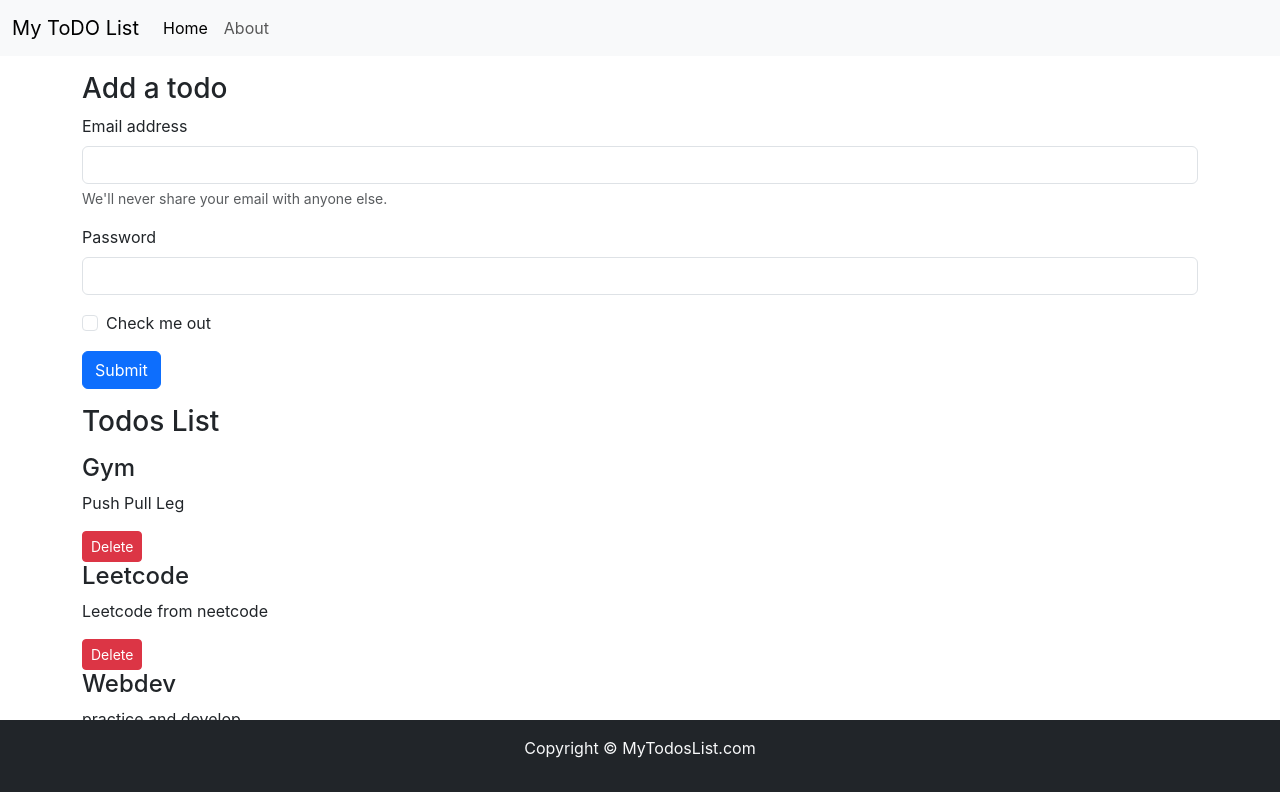
Repository: AshwinUgale/ToDoList
Page: /
The author's editor kept a copy of each file at every save. The page is drawn from the files as they stood at one save, then again after the next save.
The browser window is 1280 px wide. The pictures show the whole page.
The project was rebuilt for these pictures with package versions that can differ from the ones it lists, and the page was loaded fresh each time. Also part of the build but not shown: src/App.css.

Above is the page before, as saved 2024-12-21 17:03:40.

### public/index.html
<!DOCTYPE html>
<html lang="en">
  <head>
    <meta charset="utf-8" />
    <link rel="icon" href="%PUBLIC_URL%/favicon.ico" />
    <meta name="viewport" content="width=device-width, initial-scale=1" />
    <meta name="theme-color" content="#000000" />
    <meta
      name="description"
      content="Web site created using create-react-app"
    />
    <link rel="apple-touch-icon" href="%PUBLIC_URL%/logo192.png" />

    <link rel="manifest" href="%PUBLIC_URL%/manifest.json" />
    <link href="https://cdn.jsdelivr.net/npm/bootstrap@5.3.3/dist/css/bootstrap.min.css" rel="stylesheet" integrity="sha384-QWTKZyjpPEjISv5WaRU9OFeRpok6YctnYmDr5pNlyT2bRjXh0JMhjY6hW+ALEwIH" crossorigin="anonymous">
    <title>Todos List</title>
  </head>
  <body>
    <noscript>You need to enable JavaScript to run this app.</noscript>
    <div id="root"></div>


  </body>
  <script src="https://cdn.jsdelivr.net/npm/bootstrap@5.3.3/dist/js/bootstrap.bundle.min.js" integrity="sha384-YvpcrYf0tY3lHB60NNkmXc5s9fDVZLESaAA55NDzOxhy9GkcIdslK1eN7N6jIeHz" crossorigin="anonymous"></script>
</html>

### src/App.js

import './App.css';
import Header from './MyComponents/Header';
import {Footer} from "./MyComponents/Footer";
import {Todos} from "./MyComponents/Todos";
import React, {useState} from 'react';
import { AddTodo } from "./MyComponents/AddTodo";

function App() {
  const onDelete = (todo)=>{
    console.log("Delete",todo)
    setTodos(todos.filter((e)=>{
        return e!==todo;
    }))
  }

  const [todos,setTodos]=useState([
    {
      sno: 1,
      title: "Gym",
      desc: "Push Pull Leg"
    },
    {
      sno: 2,
      title: "Leetcode",
      desc: "Leetcode from neetcode"
    },
    {
      sno: 3,
      title: "Webdev",
      desc: "practice and develop "
    },
  ])
  return (
    <>
    <Header title="My ToDO List" searchBar={false}/>
    <AddTodo/>
    <Todos todos={todos} onDelete={onDelete}/>
    <Footer/>
    </>
  );
}

export default App;

### src/MyComponents/Header.js
import React from 'react';
import PropTypes from 'prop-types';
export default function Header({ title = "Your Title Here", searchBar = true }) {
    console.log("Props received in Header:", {title,searchBar});
  return (
    <nav className="navbar navbar-expand-lg bg-body-tertiary">
      <div className="container-fluid">
        <a className="navbar-brand" href="#">{title}</a>
        <button
          className="navbar-toggler"
          type="button"
          data-bs-toggle="collapse"
          data-bs-target="#navbarSupportedContent"
          aria-controls="navbarSupportedContent"
          aria-expanded="false"
          aria-label="Toggle navigation"
        >
          <span className="navbar-toggler-icon"></span>
        </button>
        <div className="collapse navbar-collapse" id="navbarSupportedContent">
          <ul className="navbar-nav me-auto mb-2 mb-lg-0">
            <li className="nav-item">
              <a className="nav-link active" aria-current="page" href="#">Home</a>
            </li>
            <li className="nav-item">
              <a className="nav-link" href="#">About</a>
            </li>

          </ul>
          {searchBar?<form className="d-flex" role="search">
            <input
              className="form-control me-2"
              type="search"
              placeholder="Search"
              aria-label="Search"
            />
            <button className="btn btn-outline-success" type="submit">
              Search
            </button>
          </form>:""}
        </div>
      </div>
    </nav>
  )
}

Header.defaultProps ={
    title: "Your Title Here",
    searchBar: true
}

Header.propTypes = {
    title: PropTypes.string,
    searchBar: PropTypes.bool,
  };

### src/MyComponents/Footer.js
import React from 'react'

export const Footer = () => {
  let footerStyle = {
    position: "absolute",
    top: "100vh",
    width: "100%",
  }
  return (
    <footer className='bg-dark text-light py-3' style={footerStyle}>
        <p className='text-center'>
          Copyright &copy; MyTodosList.com
        </p>
    </footer>
  )
}

### src/MyComponents/Todos.js
import React from 'react'
import {TodoItem } from "../MyComponents/TodoItem";

export const Todos = (props) => {
  return (
    <div className="container">
        <h3 className="my-3">Todos List</h3>
        {props.todos.length===0? "No todos to display":
        props.todos.map((todo)=>{
          return <TodoItem todo={todo} key={todo.sno} onDelete={props.onDelete}/>
        })
        }

    </div>
  )
}

### src/MyComponents/AddTodo.js
import React from 'react'

export const AddTodo = () => {
  return (
    <div className='container my-3'>
        <h3>Add a todo</h3>
        <form>
    <div class="mb-3">
      <label for="exampleInputEmail1" class="form-label">Email address</label>
      <input type="email" class="form-control" id="exampleInputEmail1" aria-describedby="emailHelp"/>
      <div id="emailHelp" class="form-text">We'll never share your email with anyone else.</div>
    </div>
    <div class="mb-3">
      <label for="exampleInputPassword1" class="form-label">Password</label>
      <input type="password" class="form-control" id="exampleInputPassword1"/>
    </div>
    <div class="mb-3 form-check">
      <input type="checkbox" class="form-check-input" id="exampleCheck1"/>
      <label class="form-check-label" for="exampleCheck1">Check me out</label>
    </div>
    <button type="submit" class="btn btn-sn btn-primary">Submit</button>
  </form>
  </div>
  )
}

### src/MyComponents/TodoItem.js
import React from 'react'

export const TodoItem = ({todo,onDelete}) => {
  return (
    <div>
        <h4>{todo.title}</h4>
        <p>{todo.desc}</p>
        <button className="btn btn-sm btn-danger" onClick={()=>{onDelete(todo)}}>Delete</button>
    </div>
  )
}

Loaded but not shown: src/index.js (common file); src/index.css (common file); src/reportWebVitals.js (common file)

After the next save:
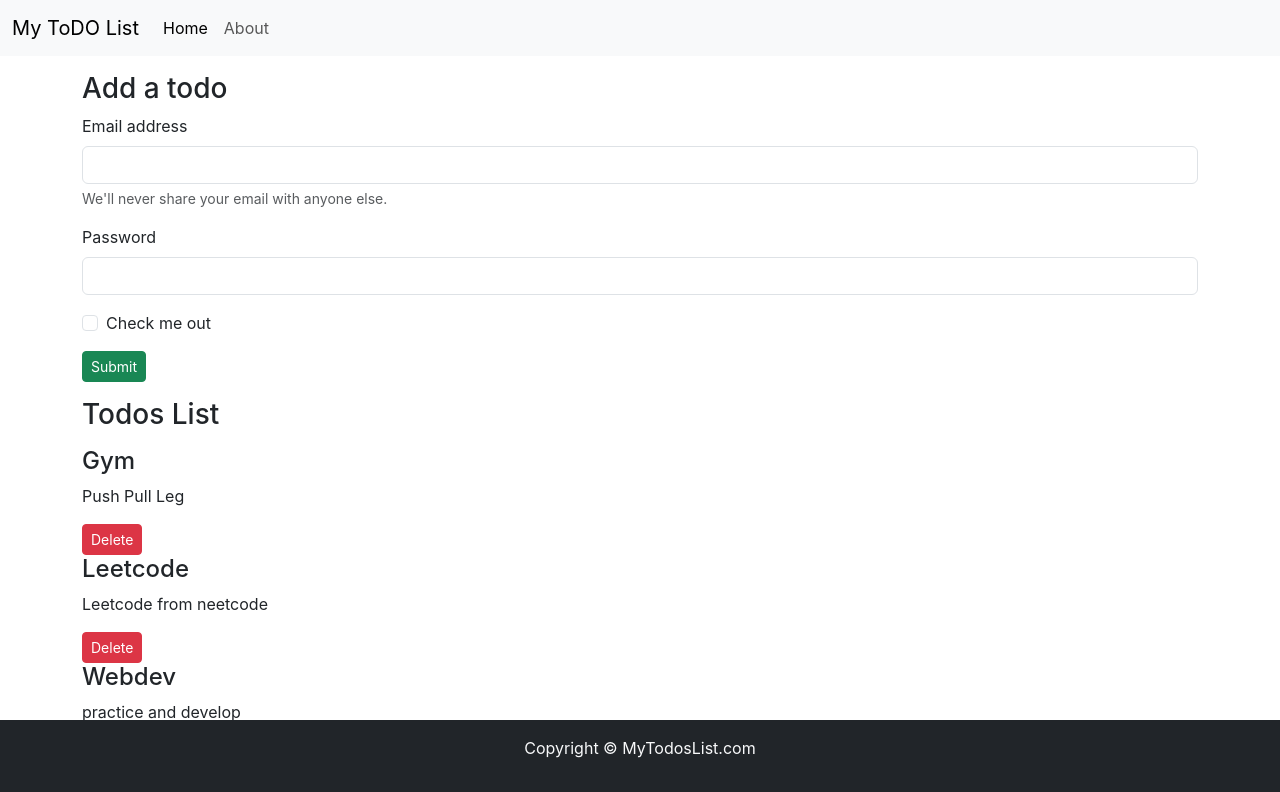
Saved 16 s later.
--- a/src/MyComponents/AddTodo.js
+++ b/src/MyComponents/AddTodo.js
@@ -18,7 +18,7 @@ export const AddTodo = () => {
       <input type="checkbox" class="form-check-input" id="exampleCheck1"/>
       <label class="form-check-label" for="exampleCheck1">Check me out</label>
     </div>
-    <button type="submit" class="btn btn-sn btn-primary">Submit</button>
+    <button type="submit" class="btn btn-sm btn-success">Submit</button>
   </form>
   </div>
   )
